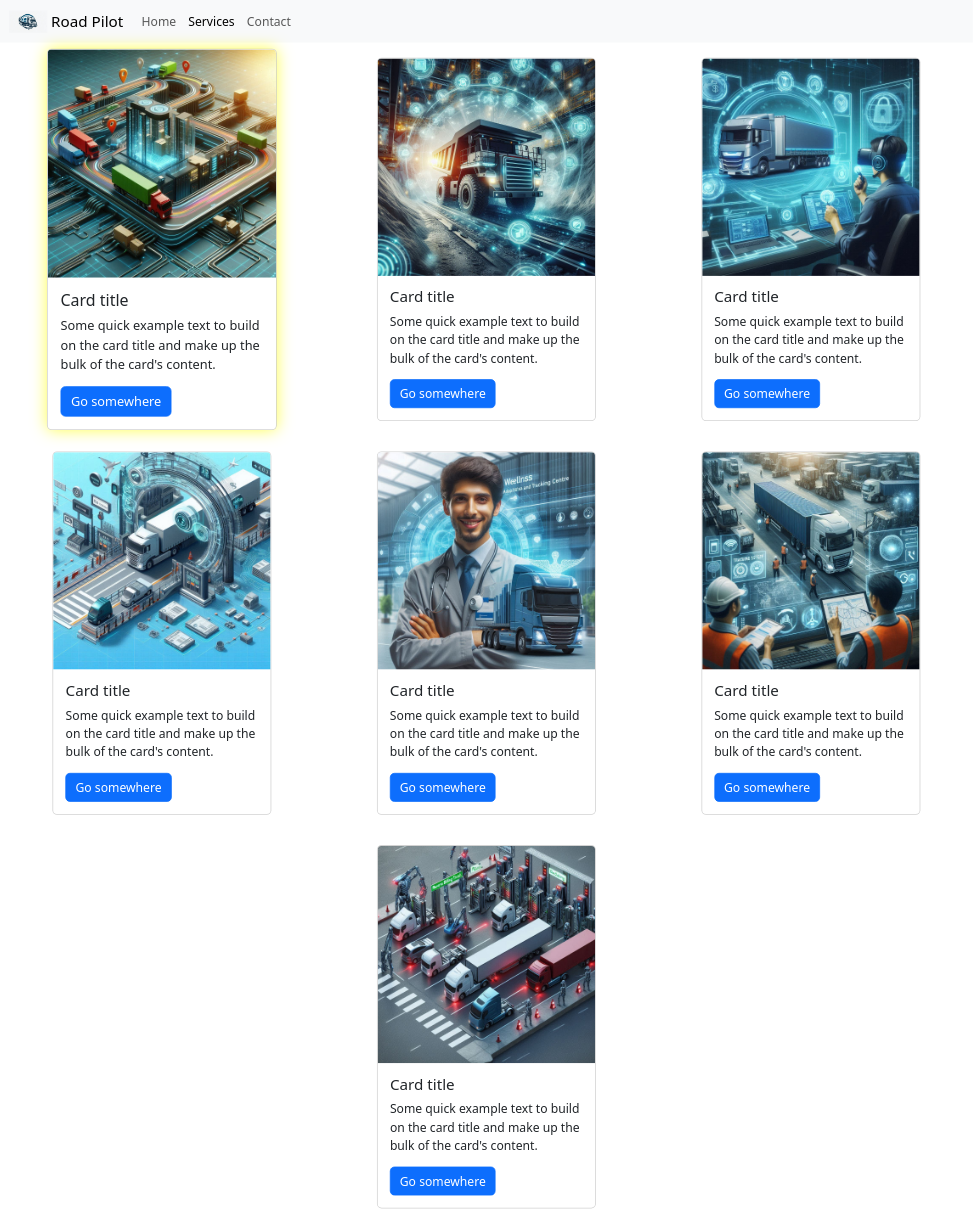
Repository: VictoriousMango/WebCreator
Page: pages/Services.html
An editor plug-in stored every save of this project. The page is shown before and after the next save, followed by the edit.
The browser window is 1280 px wide. The pictures show the whole page, at 76% of full size.
The pointer rests on the first visible `.card`.

Above is the page before, as saved 2024-11-09 11:51:11.

### pages/Services.html
<!DOCTYPE html>
<html lang="en">

<head>
    <meta charset="UTF-8">
    <meta name="viewport" content="width=device-width, initial-scale=1.0">
    <title>Web Creator</title>
    <link href="https://cdn.jsdelivr.net/npm/bootstrap@5.3.3/dist/css/bootstrap.min.css" rel="stylesheet"
        integrity="sha384-QWTKZyjpPEjISv5WaRU9OFeRpok6YctnYmDr5pNlyT2bRjXh0JMhjY6hW+ALEwIH" crossorigin="anonymous">
    <link rel="stylesheet" href="../assets/css/services.css">
</head>

<body>
    <!-- Navbar -->
    <nav class="navbar navbar-expand-lg bg-body-tertiary">
        <div class="container-fluid">
            <a class="navbar-brand" href="#">
                <img src="../assets/images/Logo.png" alt="Logo" width="50px" class="d-inline-block align-text-top">
                Road Pilot
            </a>
            <button class="navbar-toggler" type="button" data-bs-toggle="collapse" data-bs-target="#navbarNav"
                aria-controls="navbarNav" aria-expanded="false" aria-label="Toggle navigation">
                <span class="navbar-toggler-icon"></span>
            </button>
            <div class="collapse navbar-collapse" id="navbarNav">
                <ul class="navbar-nav">
                    <li class="nav-item">
                        <a class="nav-link" href="../">Home</a>
                    </li>
                    <li class="nav-item">
                        <a class="nav-link active" aria-current="page" href="#">Services</a>
                    </li>
                    <li class="nav-item">
                        <a class="nav-link" href="./contact.html">Contact</a>
                    </li>
                </ul>
            </div>
        </div>
    </nav>
    <!-- NavBar -->
    <!-- Solutions/Softwares we may provide
            *Transportation Management System (TRAMS)
            *Safe and Optimised Mining Systems (SOMS)
            *Delivery Order Management and Excellence System (DOMES)
            *Gate Entry (and Attendance) linked performance System (GELPS)
            *Wellness ,Adaptation and Tracking Centre for Health Care Systems for Staff(WATCHS)
            *Port and Rake (Handling ) Tracking Systems(PARTS)
            *Reverse bidding Systems
    -->
    <div class="services">
        <!-- TRAMS -->
        <div class="card" style="width: 18rem;">
            <img src="../assets/images/TRAMS.png" class="card-img-top" alt="...">
            <div class="card-body">
                <h5 class="card-title">Card title</h5>
                <p class="card-text">Some quick example text to build on the card title and make up the bulk of the
                    card's content.</p>
                <a href="#" class="btn btn-primary">Go somewhere</a>
            </div>
        </div>
        <!-- SOMS -->
        <div class="card" style="width: 18rem;">
            <img src="../assets/images/SOMS.png" class="card-img-top" alt="...">
            <div class="card-body">
                <h5 class="card-title">Card title</h5>
                <p class="card-text">Some quick example text to build on the card title and make up the bulk of the
                    card's content.</p>
                <a href="#" class="btn btn-primary">Go somewhere</a>
            </div>
        </div>
        <!-- DOMES -->
        <div class="card" style="width: 18rem;">
            <img src="../assets/images/DOMES.png" class="card-img-top" alt="...">
            <div class="card-body">
                <h5 class="card-title">Card title</h5>
                <p class="card-text">Some quick example text to build on the card title and make up the bulk of the
                    card's content.</p>
                <a href="#" class="btn btn-primary">Go somewhere</a>
            </div>
        </div>
        <!-- GELPS -->
        <div class="card" style="width: 18rem;">
            <img src="../assets/images/GELPS.png" class="card-img-top" alt="...">
            <div class="card-body">
                <h5 class="card-title">Card title</h5>
                <p class="card-text">Some quick example text to build on the card title and make up the bulk of the
                    card's content.</p>
                <a href="#" class="btn btn-primary">Go somewhere</a>
            </div>
        </div>
        <!-- WATCHS -->
        <div class="card" style="width: 18rem;">
            <img src="../assets/images/WATCHS.png" class="card-img-top" alt="...">
            <div class="card-body">
                <h5 class="card-title">Card title</h5>
                <p class="card-text">Some quick example text to build on the card title and make up the bulk of the
                    card's content.</p>
                <a href="#" class="btn btn-primary">Go somewhere</a>
            </div>
        </div>
        <!-- PARTS -->
        <div class="card" style="width: 18rem;">
            <img src="../assets/images/PARTS.png" class="card-img-top" alt="...">
            <div class="card-body">
                <h5 class="card-title">Card title</h5>
                <p class="card-text">Some quick example text to build on the card title and make up the bulk of the
                    card's content.</p>
                <a href="#" class="btn btn-primary">Go somewhere</a>
            </div>
        </div>
        <!-- RBS -->
        <div class="card" style="width: 18rem;">
            <img src="../assets/images/RBS.png" class="card-img-top" alt="...">
            <div class="card-body">
                <h5 class="card-title">Card title</h5>
                <p class="card-text">Some quick example text to build on the card title and make up the bulk of the
                    card's content.</p>
                <a href="#" class="btn btn-primary">Go somewhere</a>
            </div>
        </div>
    </div>


    <!-- Scripts -->
    <script src="https://cdn.jsdelivr.net/npm/bootstrap@5.3.3/dist/js/bootstrap.bundle.min.js"
        integrity="sha384-YvpcrYf0tY3lHB60NNkmXc5s9fDVZLESaAA55NDzOxhy9GkcIdslK1eN7N6jIeHz"
        crossorigin="anonymous"></script>
    <script src="https://cdn.jsdelivr.net/npm/@popperjs/core@2.11.8/dist/umd/popper.min.js"
        integrity="sha384-I7E8VVD/ismYTF4hNIPjVp/Zjvgyol6VFvRkX/vR+Vc4jQkC+hVqc2pM8ODewa9r"
        crossorigin="anonymous"></script>
    <script src="https://cdn.jsdelivr.net/npm/bootstrap@5.3.3/dist/js/bootstrap.min.js"
        integrity="sha384-0pUGZvbkm6XF6gxjEnlmuGrJXVbNuzT9qBBavbLwCsOGabYfZo0T0to5eqruptLy"
        crossorigin="anonymous"></script>
</body>

</html>

### assets/css/services.css
.services {
    display: flex;
    flex-wrap: wrap;
    justify-content: space-around;
}

.card {
    width: 200px;
    margin: 20px;
}

.card:hover {
    transform: scale(1.05);
    transition: ease-in-out;
    box-shadow: 0 0 20px rgba(255, 255, 0, 0.7); /* Change the color and intensity as needed */
}

After the next save:
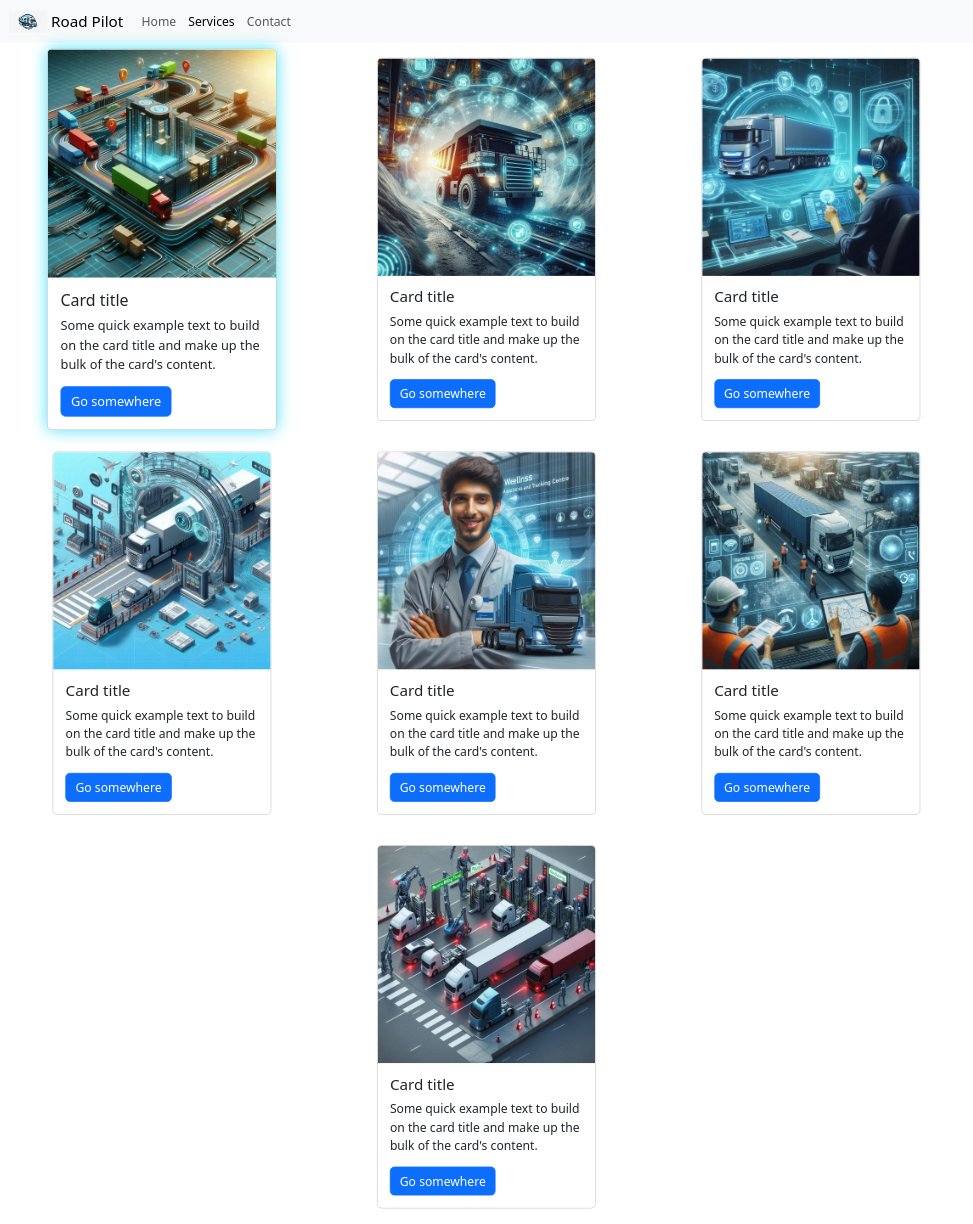
Saved 16 s later.
--- a/assets/css/services.css
+++ b/assets/css/services.css
@@ -12,5 +12,5 @@
 .card:hover {
     transform: scale(1.05);
     transition: ease-in-out;
-    box-shadow: 0 0 20px rgba(255, 255, 0, 0.7); /* Change the color and intensity as needed */
+    box-shadow: 0 0 20px rgba(0, 217, 255, 0.7); /* Change the color and intensity as needed */
 }
